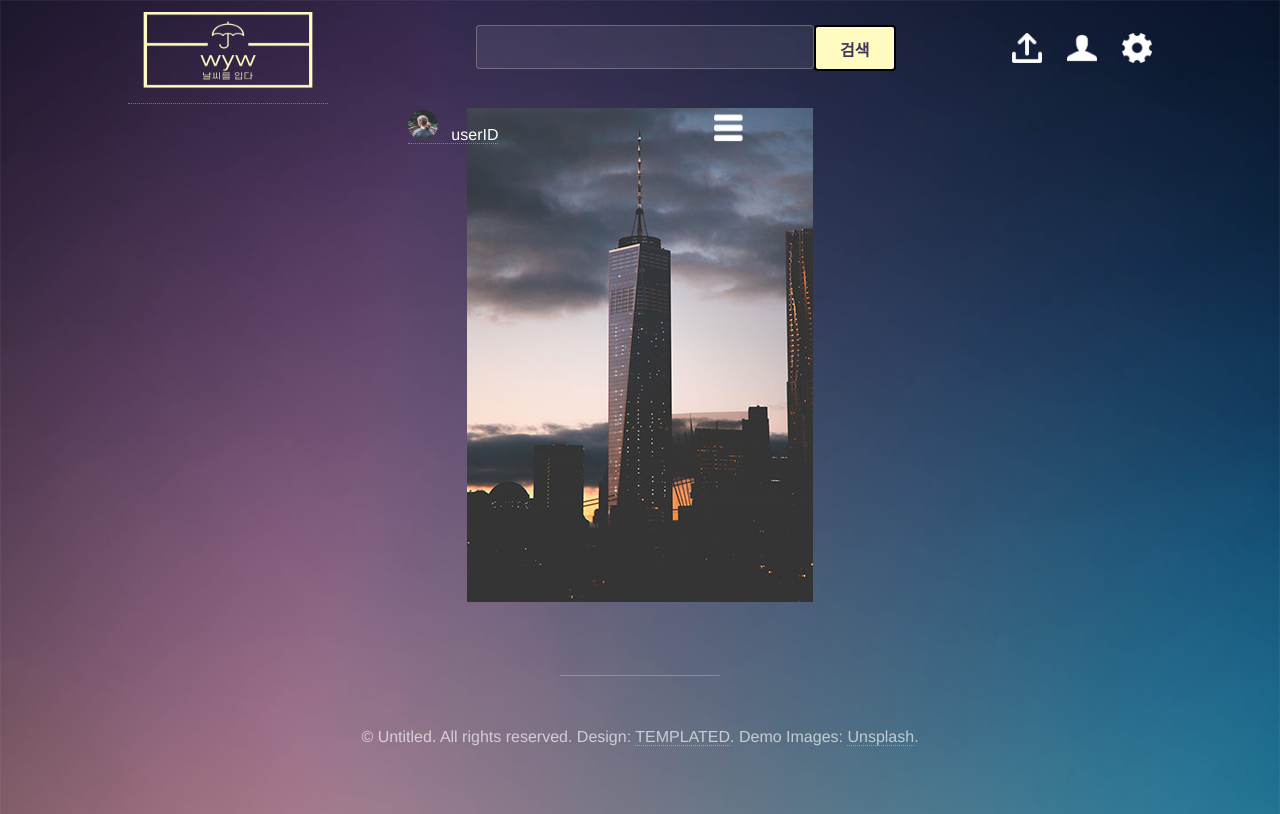
Repository: semo41105/WYW-Project
Page: http://localhost/WYW/StoryPage.jsp
These files come from the project's save history. The page is drawn as it stood at one moment and after the next save; the edit follows.
The browser window is 1280 px wide. The pictures show the whole page.
Some web fonts or font styles are not loaded; a fallback is used. The page is served by Tomcat 9. Nobody is signed in. The application's start-up code is not run. Other server files are loaded and not shown.

Above is the page before, as saved 2021-03-05 03:47:03.

### WYW/WebContent/StoryPage.jsp
<%@ page language="java" contentType="text/html; charset=UTF-8"
    pageEncoding="UTF-8"%>
<% request.setCharacterEncoding("UTF-8"); %>
<% response.setContentType("text/html; charset=UTF-8"); %>
<!DOCTYPE html>
<html>
	<head>
		<title>StoryPage</title>
		<meta charset="utf-8" />
		<meta name="viewport" content="width=device-width, initial-scale=1" />
		<link rel="stylesheet" href="assets/css/main.css" />
		<!-- Style -->
		<style type="text/css">
			#s0{ float: left; width: 34% }
			#s1{ float: left; width: 33%; padding: 25px 0px 25px 0px }
			#s2{ float: left; width: 100% }
			#s4{ padding: 8px 0px 0px 0px; margin-left: 25px; }
			#s6{ float: left; }
			#ask1{
				border: 2px solid black;
				background-color: #fffbc1;
				font-weight: bold;
				color: #3f385a;
			}
			a{ text-decoration: none }
			.avatacon {
			    width: 30px;
			    height: 30px;
			    object-fit: cover;
			    object-position: top;
			    border-radius: 50%;
			}
			#select {
				font-size: 15px;
				background: #ff6382;
				vertical-align: middle;
				text-align-last: center;
				color: #d3d3d3;
			}
		</style>
	<!-- Scripts -->
		<script src="assets/js/jquery.min.js"></script>
		<script src="assets/js/jquery.poptrox.min.js"></script>
		<script src="assets/js/skel.min.js"></script>
		<script src="assets/js/main.js"></script>
		<script type="text/javascript">
			window.onload = function(){
				var h = document.getElementById('hidemenu');
				var op = document.getElementById('viewmenu');
				var opp = document.getElementById('menu');

				op.style.display = 'none';
				opp.style.display = 'none';

				h.onclick = function(){
					h.style.display = 'none';
					op.style.display = '';
					opp.style.display = '';
				}

				op.onclick = function(){
					op.style.display = 'none';
					opp.style.display = 'none';
					h.style.display = '';
				}
			}
		</script>
	</head>
	<body>

		<!-- Wrapper -->
			<div id="wrapper">

				<!-- Header -->
					<header>
						<div id="s0">
							<a href="#">
								<img alt="WYW_날씨를 입다" src="images/logo/logo_wyw_yellow.png" width="200" height="100">
							</a>
						</div>
						<div id="s1"><input type="text"></div>
						<div id="s1">
							<input id="ask1" type="button" value="검색" onclick="">
							<a href="#" class="label">
								<img id="s4" class="icons" src="images/icon/setting.png" alt="setting" align="right" width="30px">
								<img id="s4" class="icons" src="images/icon/user.png" alt="user" align="right" width="30px">
								<img id="s4" class="icons" src="images/icon/up.png" alt="upload" align="right" width="30px">
							</a>
						</div>
						<div id="s2"></div><!-- 위쪽 div 와 아래쪽 div를 나누는 용도 -->
					</header>

				<!-- Main -->
					<section>
							<div style="position: absolute;">
								<div style="position: relative;top: 110px; left: 280px;">
									<a href="#">
								    	<img class="avatacon" src="images/avatar.jpg">
								    	<strong>&nbsp;&nbsp;userID</strong>
							    	</a>
								</div>
								<div style="position: relative;top: 75px; left: 585px;">
									<img id="hidemenu" alt="menu" src="images/icon/menu.png" width="30px">
									<img id="viewmenu" alt="menu" src="images/icon/overmenu.png" width="30px">
								</div>
								<div id="menu" style="position: relative; top: 33px; left: 623px; background-color: #fffbc1; color: black; font-weight: bold;">
									<form name="upload" method="post" action="">
										<table border="1">
											<col width="250">
											<tr>
												<td align="center">
													<select id="select" name="selectloc">
														<option value="">현재 계신 도시를 선택해주세요.</option>
														<option value="seoul">서울특별시</option>
							                            <option value="incheon">인천광역시</option>
							                            <option value="daejeon">대전광역시</option>
							                            <option value="gwangju">광주광역시</option>
							                            <option value="daegu">대구광역시</option>
							                            <option value="ulsan">울산광역시</option>
							                            <option value="busan">부산광역시</option>
							                            <option value="gyeonggi-do">경기도</option>
							                            <option value="gangwon-do">강원도</option>
							                            <option value="chungcheongbuk-do">충청북도</option>
							                            <option value="chungcheongnam-do">충청남도</option>
							                            <option value="jeollabuk-do">전라북도</option>
							                            <option value="jeollanam-do">전라남도</option>
							                            <option value="gyeongsangbuk-do">경상북도</option>
							                            <option value="gyeongsangnam-do">경상남도</option>
							                            <option value="jeju-do">제주도</option>
													</select>
												</td>
											</tr>
											<tr>
												<td align="center">
													<select id="select" name="selectsex">
														<option value="">성별 선택</option>
														<option value="M">남성</option>
														<option value="FM">여성</option>
														<option value="O">그외</option>
													</select>
												</td>
											</tr>
											<tr>
												<td align="center">
													<input name="fname" type="file" value="사진 선택" style="color: black;" accept=".jpg, .jpeg, .png, .gif, .bmp; images/storyimg/*; capture=camera"/>
												</td>
											</tr>
											<tr>
												<td align="center"><input type="submit" style="width: 100%; height: 100%;" value="내용 업로드" onclick=""></td>
											</tr>
										</table>
									</form>
								</div>
							</div>
						    <div id="header">
						    	<img alt="img" src="images/thumbs/01.jpg"/>
						    </div>
					</section>

				<!-- Footer -->
					<footer id="footer">
						<p>&copy; Untitled. All rights reserved. Design: <a href="http://templated.co">TEMPLATED</a>. Demo Images: <a href="http://unsplash.com">Unsplash</a>.</p>
					</footer>

			</div>

	</body>
</html>

Loaded but not shown: WYW/WebContent/assets/js/jquery.min.js (library); WYW/WebContent/assets/js/jquery.poptrox.min.js (library); WYW/WebContent/assets/js/skel.min.js (library); WYW/WebContent/assets/css/font-awesome.min.css (library); WYW/WebContent/assets/js/main.js (142 lines, source omitted); WYW/WebContent/assets/css/main.css (2729 lines, source omitted)

After the next save:
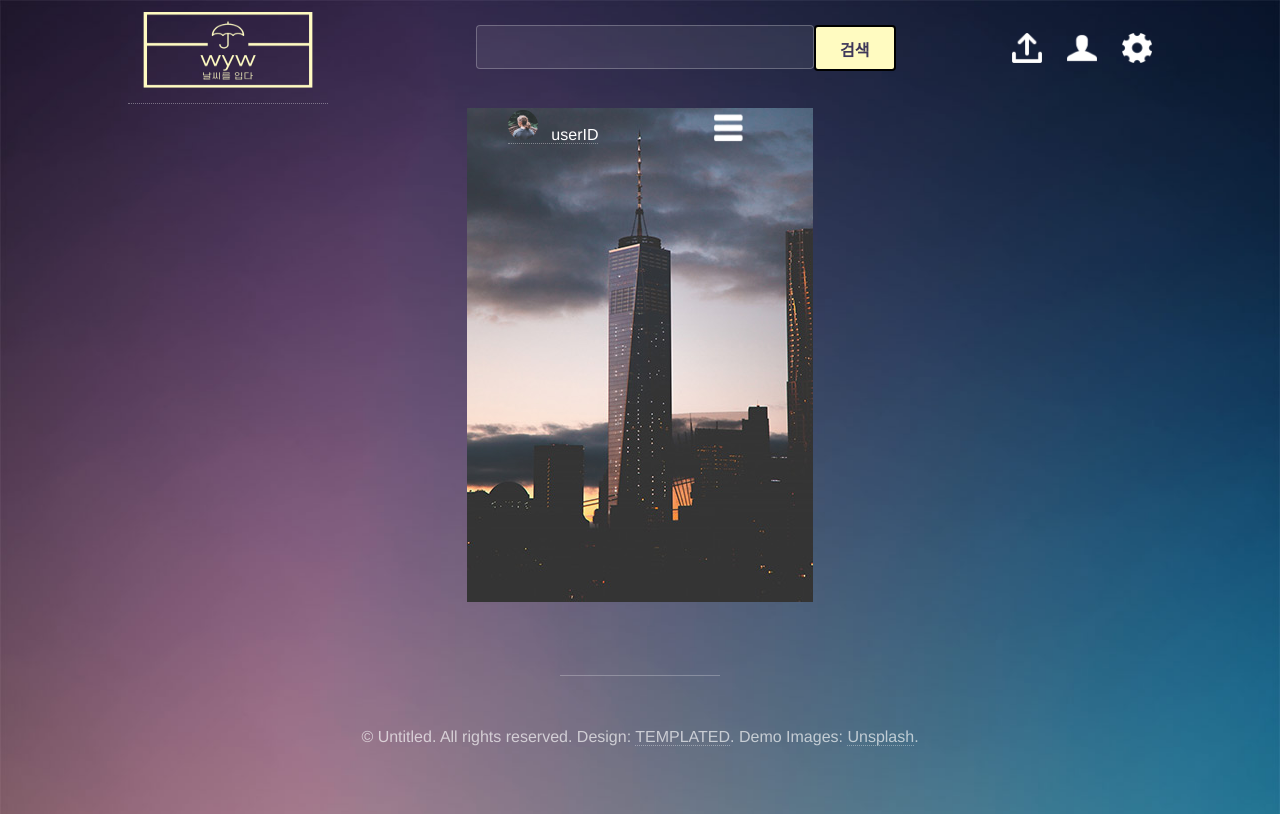
Saved 27 h 12 min later.
--- a/WYW/WebContent/StoryPage.jsp
+++ b/WYW/WebContent/StoryPage.jsp
@@ -93,7 +93,7 @@
 				<!-- Main -->
 					<section>
 							<div style="position: absolute;">
-								<div style="position: relative;top: 110px; left: 280px;">
+								<div style="position: relative;top: 110px; left: 380px;">
 									<a href="#">
 								    	<img class="avatacon" src="images/avatar.jpg">
 								    	<strong>&nbsp;&nbsp;userID</strong>
